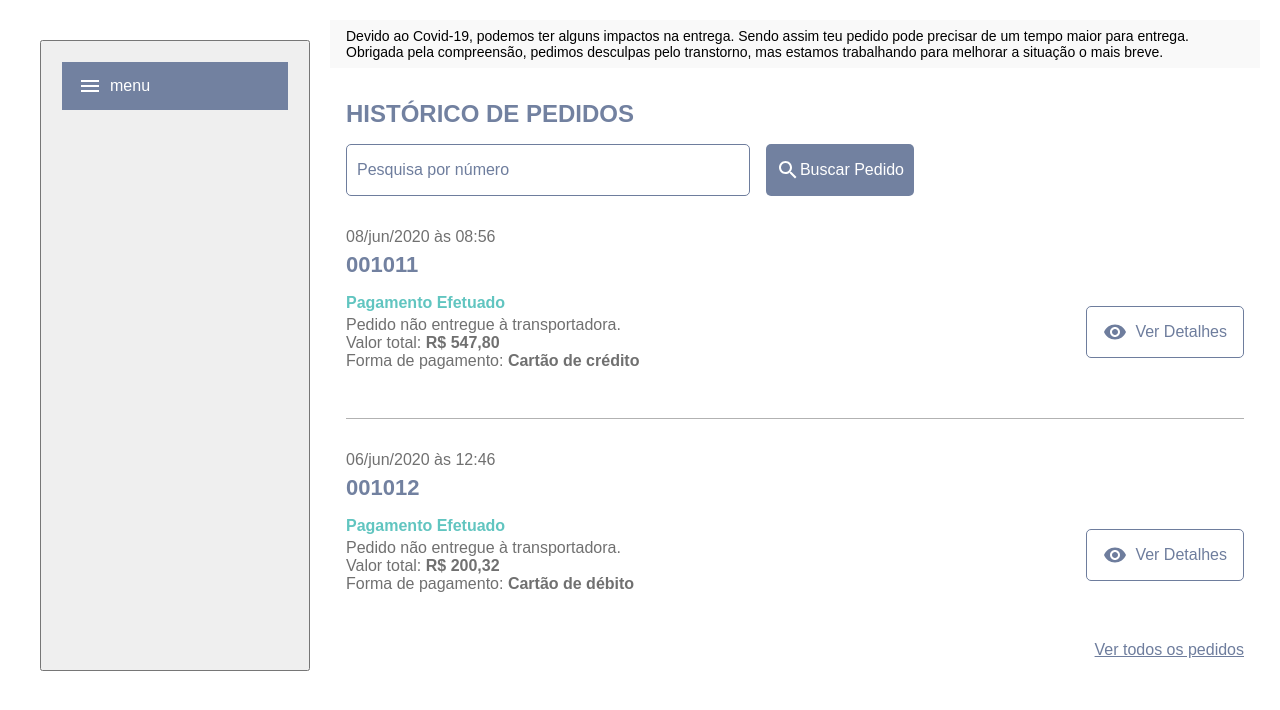
Repository: indiamarasiqueira/gestao-produto
Page: /
The author's editor kept a copy of each file at every save. The page is drawn from the files as they stood at one save, then again after the next save.
The browser window is 1280 px wide. The pictures show the whole page.
The project was rebuilt for these pictures with package versions that can differ from the ones it lists, and the page was loaded fresh each time. Also part of the build but not shown: src/pages/generic/style.js, src/pages/generic/index.js, src/components/ModalMenu/index.js.

Above is the page before, as saved 2020-07-07 11:29:14.

After the next save:
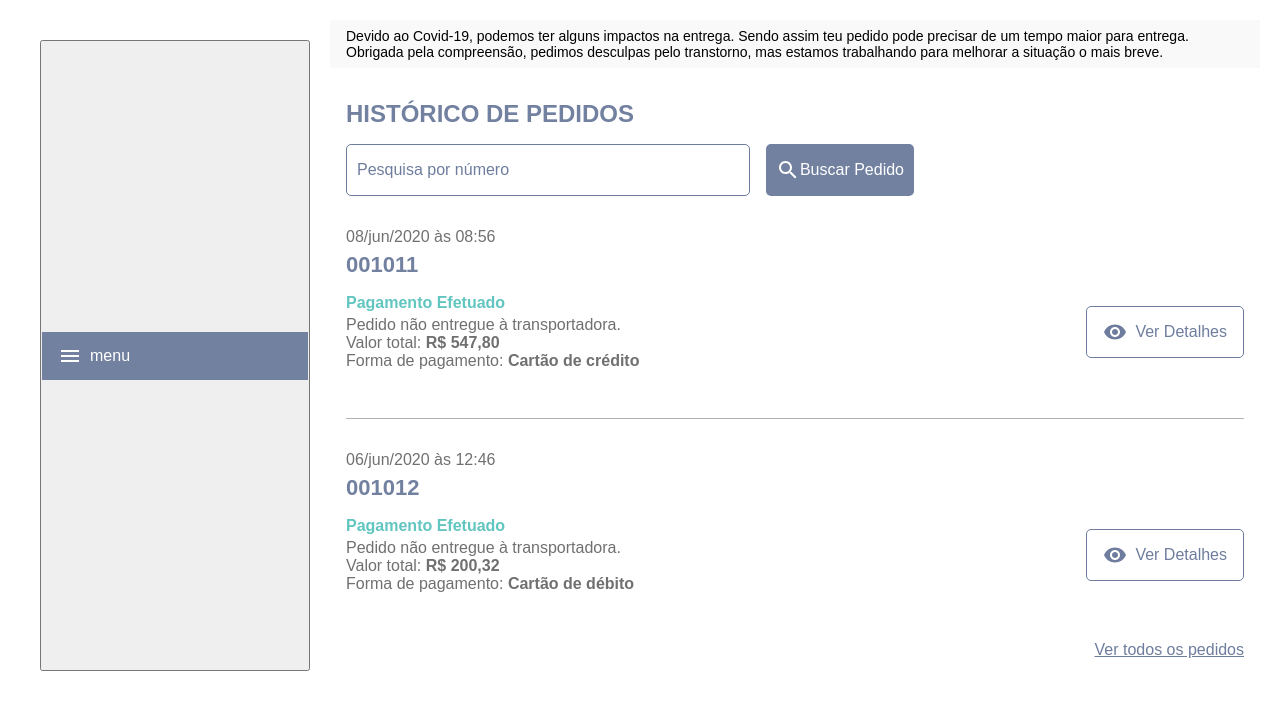
Saved 7 s later.
--- a/src/components/AppMenu/style.js
+++ b/src/components/AppMenu/style.js
@@ -1,15 +1,6 @@
 import styled from "styled-components";
 
 export const MenuMain = styled.button`
-
-  display: grid;
-  justify-content: center;
-  grid-template-columns: 1fr;
-  padding: 20px;
-  box-sizing: border-box;
-  height: 100%;
-
-
 
 `;
 export const Button = styled.button`
